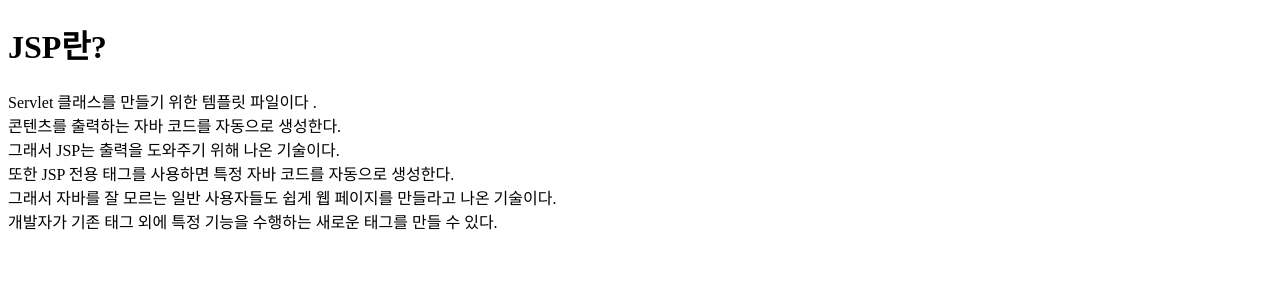
Repository: soso1525/bitcamp
Page: http://localhost/java-web/jsp_exams/ex1/test02.jsp
These files come from the project's save history. The page is drawn as it stood at one moment and after the next save; the edit follows.
The browser window is 1280 px wide. The pictures show the whole page.
The page is served by Tomcat 9. Nobody is signed in. The application's start-up code is not run.

Above is the page before, as saved 2017-12-14 05:23:54.

After the next save:
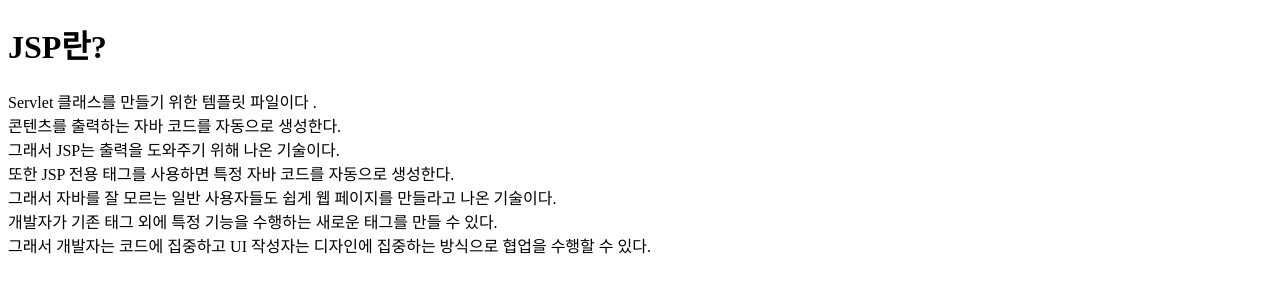
Saved 35 s later.
--- a/workspace/java-web/src/main/webapp/jsp_exams/ex1/test02.jsp
+++ b/workspace/java-web/src/main/webapp/jsp_exams/ex1/test02.jsp
@@ -15,7 +15,7 @@
 또한 JSP 전용 태그를 사용하면 특정 자바 코드를 자동으로 생성한다. <br>
 그래서 자바를 잘 모르는 일반 사용자들도 쉽게 웹 페이지를 만들라고 나온 기술이다. <br>
 개발자가 기존 태그 외에 특정 기능을 수행하는 새로운 태그를 만들 수 있다. <br>
-
+그래서 개발자는 코드에 집중하고 UI 작성자는 디자인에 집중하는 방식으로 협업을 수행할 수 있다. <br>
 </p>
 </body>
 </html>
